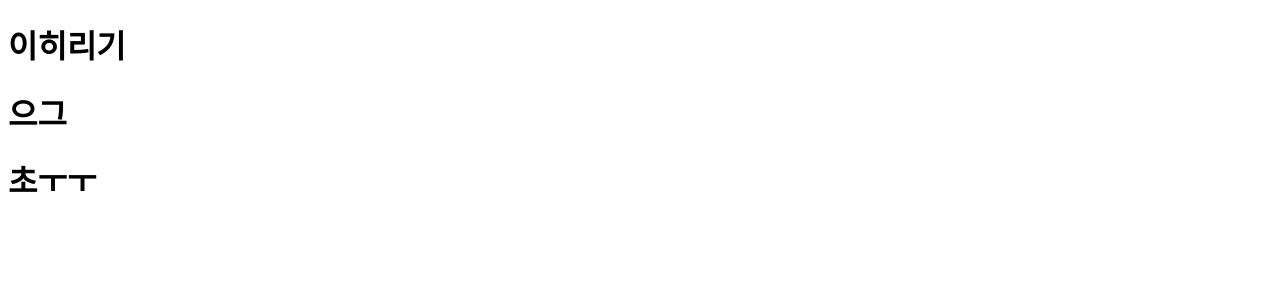
Repository: AgentHyun/FishDalle3
Page: Feb13_1_jQuery/WebContent/4_RepeatStmt.html
These files come from the project's save history. The page is drawn as it stood at one moment and after the next save; the edit follows.
The browser window is 1280 px wide. The pictures show the whole page.

Above is the page before, as saved 2025-02-13 06:39:23.
Console error: SyntaxError: missing ) after argument list

### Feb13_1_jQuery/WebContent/4_RepeatStmt.html
<!DOCTYPE html>
<html>
<head>
<meta charset="UTF-8">
<title>Insert title here</title>
<script type = "text/javascript" src = "jQuery.js"></script>
<script type = "text/javascript">
$(function() {
	// javascript
	//  배열 : 대괄호 []
	//  객체 : 중괄호 {}

	let arr = [1, 56, 3, 86, 12];
	let obj = {menu : "초밥", price : 15000};

	// 배열 속에 객체
	// 이 형태로 DB에 있는 데이터를 표현한 것 : JSON

	let arrobj = [{
	 menu : "라면",
	 price : 4000,
	},
	{
		menu : "김밥",
		 price : 3000,


	},

	{
		menu : "돈까스",
		 price : 7000,


	}



	];

	//javaScript의 배열 대상 반복문

	// for(var i = 0;...)    :   인덱스 활용도가 높음
    // for(var key of arrobj) : 인덱스 존재 x, 객체의 순서대로 접근이 용이한 편


    // $.each(배열, 데이터 하나 만날때마다 호출할 콜백함수)
//      - 인덱스도 가지고 있고, 객체에 접근하기에도 용이함
  $.each(arrobj, function(i, lunch){
	alert(i + 1 + " ) " + lunch.menu + " : " + lunch.price);


  });


  // DOM객체 대상 반복문

  $(선택자).each(DOM객체 하나 만날떄마다 호출할 콜백함수)



//h1 => 순서대로 글자의 크기가 10 / 20 / 30 pt가 되도록
  $("h1").each(function(i){

      $("h1").css("font-size", (i+1) * 10 + "pt");

  	 });

});





</script>

</head>
<body>
 <h1>이히리기</h1>
 <h1>으그</h1>
 <h1>초ㅜㅜ</h1>

</body>
</html>

Loaded but not shown: Feb13_1_jQuery/WebContent/jQuery.js (library)

After the next save:
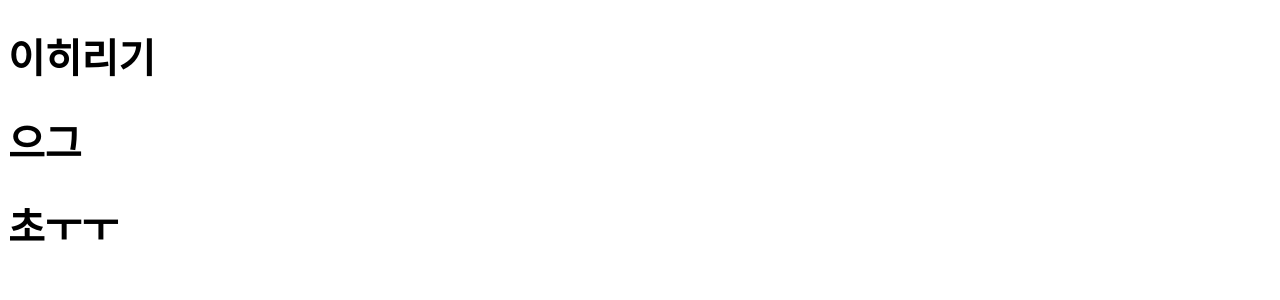
The error is gone.
Saved 40 s later.
--- a/Feb13_1_jQuery/WebContent/4_RepeatStmt.html
+++ b/Feb13_1_jQuery/WebContent/4_RepeatStmt.html
@@ -55,7 +55,7 @@ $(function() {
 
   // DOM객체 대상 반복문
 
-  $(선택자).each(DOM객체 하나 만날떄마다 호출할 콜백함수)
+  //$(선택자).each(DOM객체 하나 만날떄마다 호출할 콜백함수)
 
 
 
